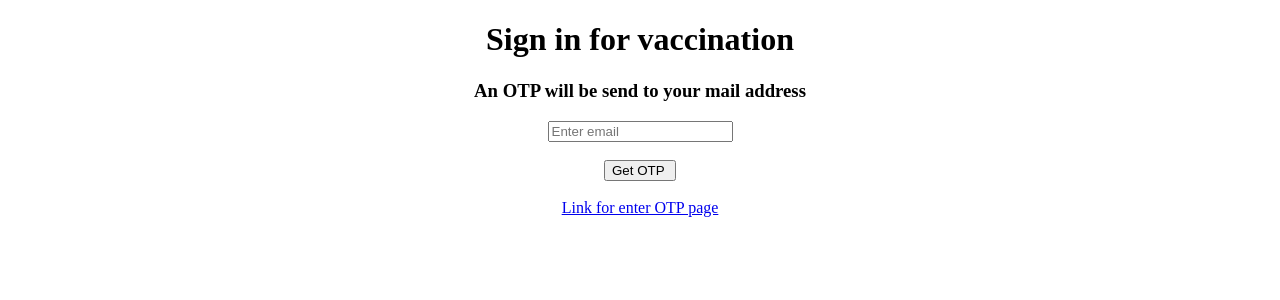
Repository: chetanmelavanki/project
Page: http://localhost/vaccine-app/WEB-INF/pages/signinpage.jsp
The author's editor kept a copy of each file at every save. The page is drawn from the files as they stood at one save, then again after the next save.
The browser window is 1280 px wide. The pictures show the whole page.
The page is served by Tomcat 9. Nobody is signed in. The template is opened directly, without the code that normally fills it, so the values that code supplies are empty.

Above is the page before, as saved 2022-08-14 07:52:19.

After the next save:
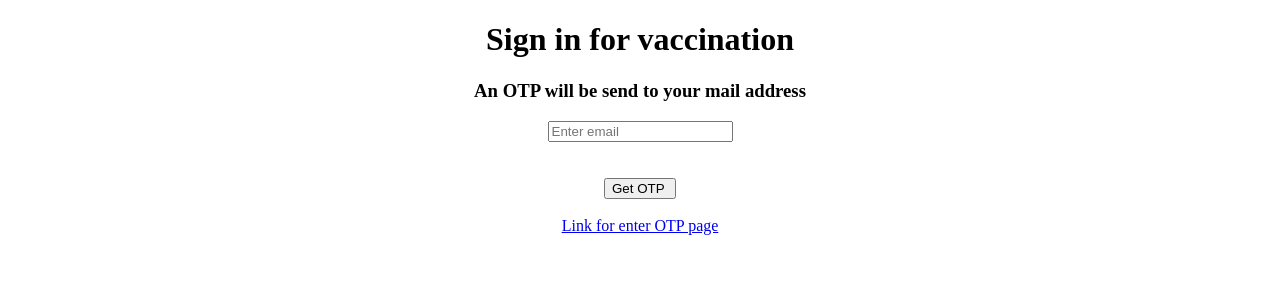
Saved 24 s later.
--- a/vaccine-app/src/main/webapp/WEB-INF/pages/signinpage.jsp
+++ b/vaccine-app/src/main/webapp/WEB-INF/pages/signinpage.jsp
@@ -16,7 +16,7 @@ body {
 	<h3>An OTP will be send to your mail address</h3>
 	<div>
 		<form action="getOTP.vaccine" method="post">
-			<input type="email" name="userEmail" placeholder="Enter email">
+			<input type="email" name="userEmail" placeholder="Enter email"><br>
 			<a style="color: red">${errorMail}${errorSend}</a> <br> <br>
 			<input type="submit" value="Get OTP "> <br>
 			<br> <a
